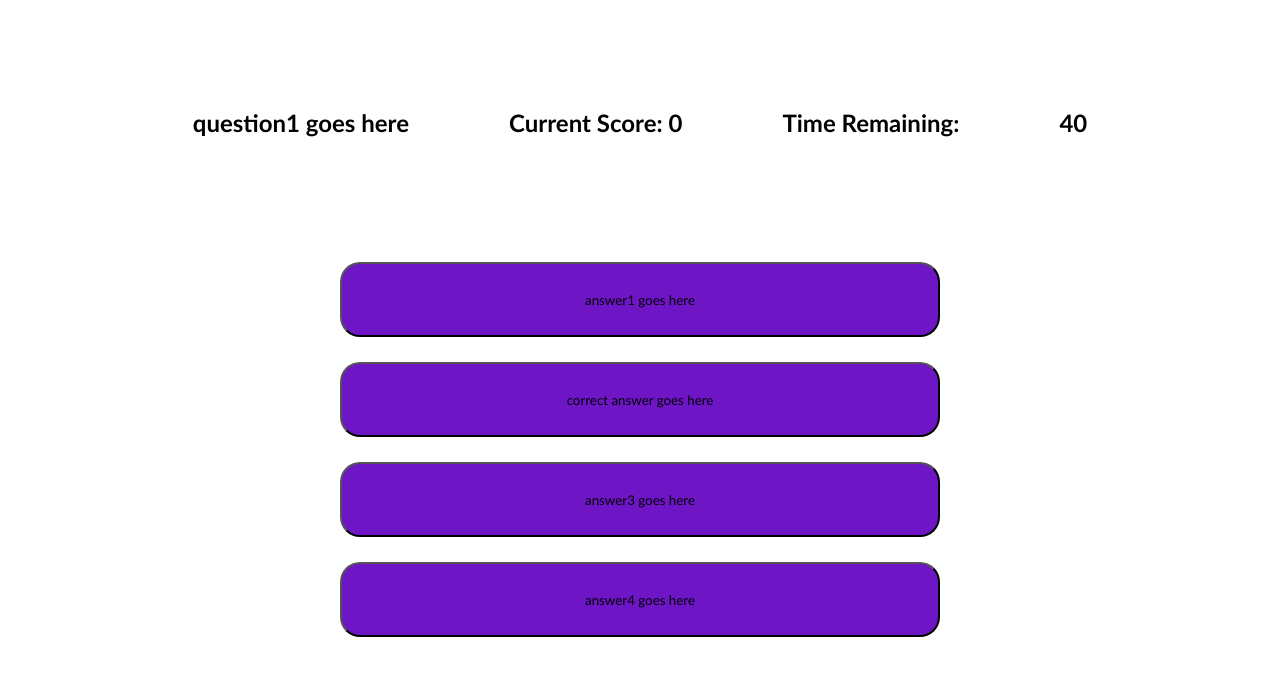
Repository: cobalt88/code-game
Page: assets/subpages/game.html
These files come from the project's save history. The page is drawn as it stood at one moment and after the next save; the edit follows.
The browser window is 1280 px wide. The pictures show the whole page.
After loading, the first visible `#start` was clicked once.

Above is the page before, as saved 2022-03-16 19:46:57.

After the next save:
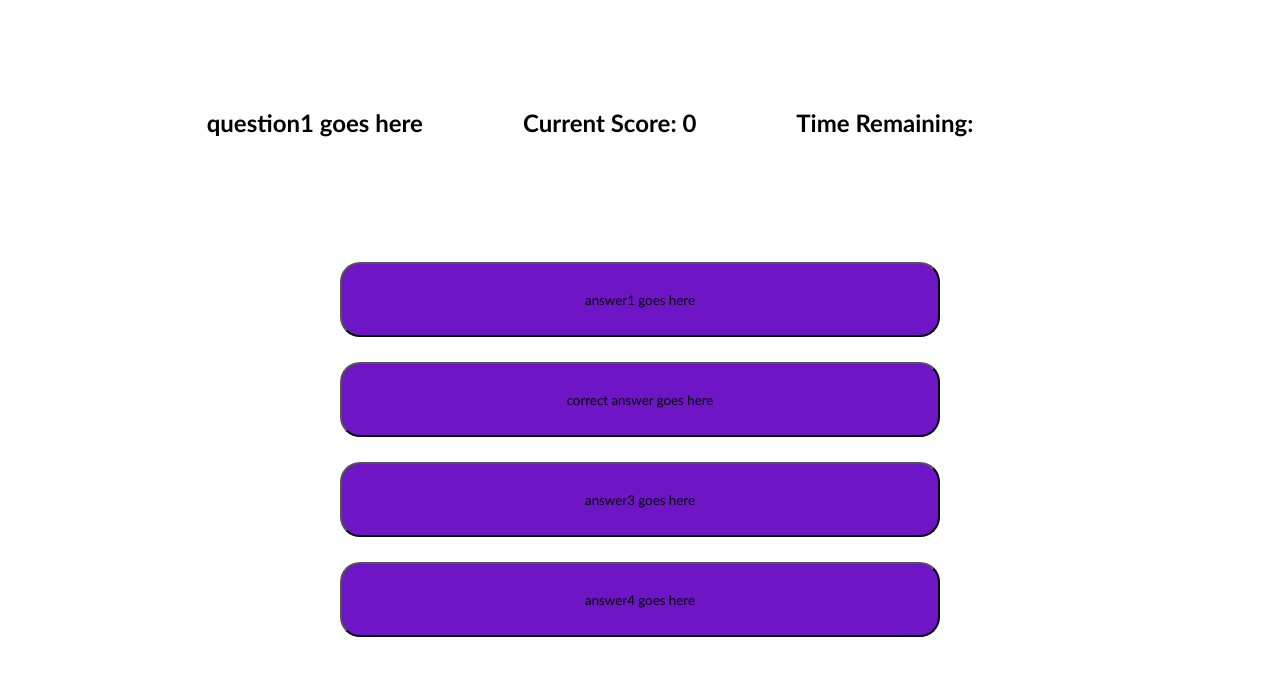
Saved 7 min 27 s later.
--- a/assets/js/game.js
+++ b/assets/js/game.js
@@ -159,6 +159,7 @@
 function countdown() {
 
   var timeInterval = setInterval(function () {
+    if (questionsObj )
     timeDisplayEl.textContent = timeLeft;
 
     if (timeLeft > 0) {
@@ -172,7 +173,7 @@
 }
 
 function endQuiz() {
-
+  timeLeft = 0;
   hideQuestions();
   displayMessage2();
 }

After the save that followed:
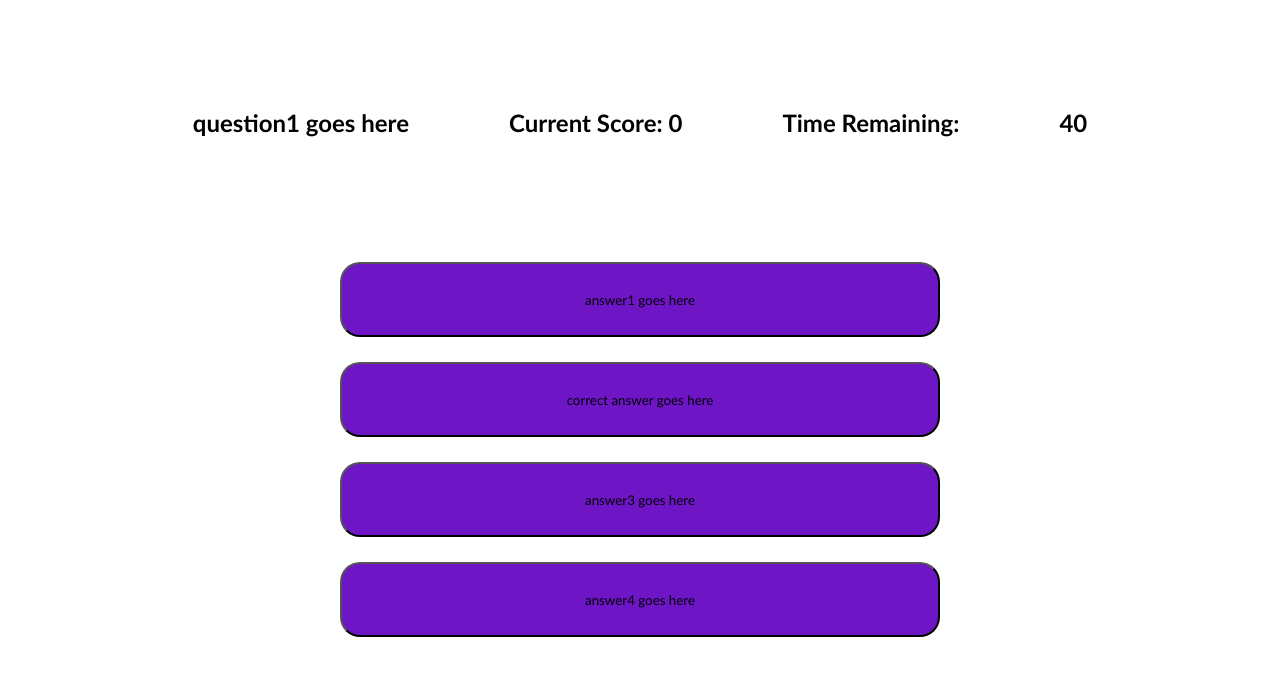
Saved 34 s later.
--- a/assets/js/game.js
+++ b/assets/js/game.js
@@ -159,8 +159,7 @@
 function countdown() {
 
   var timeInterval = setInterval(function () {
-    if (questionsObj )
-    timeDisplayEl.textContent = timeLeft;
+        timeDisplayEl.textContent = timeLeft;
 
     if (timeLeft > 0) {
       timeLeft--;
